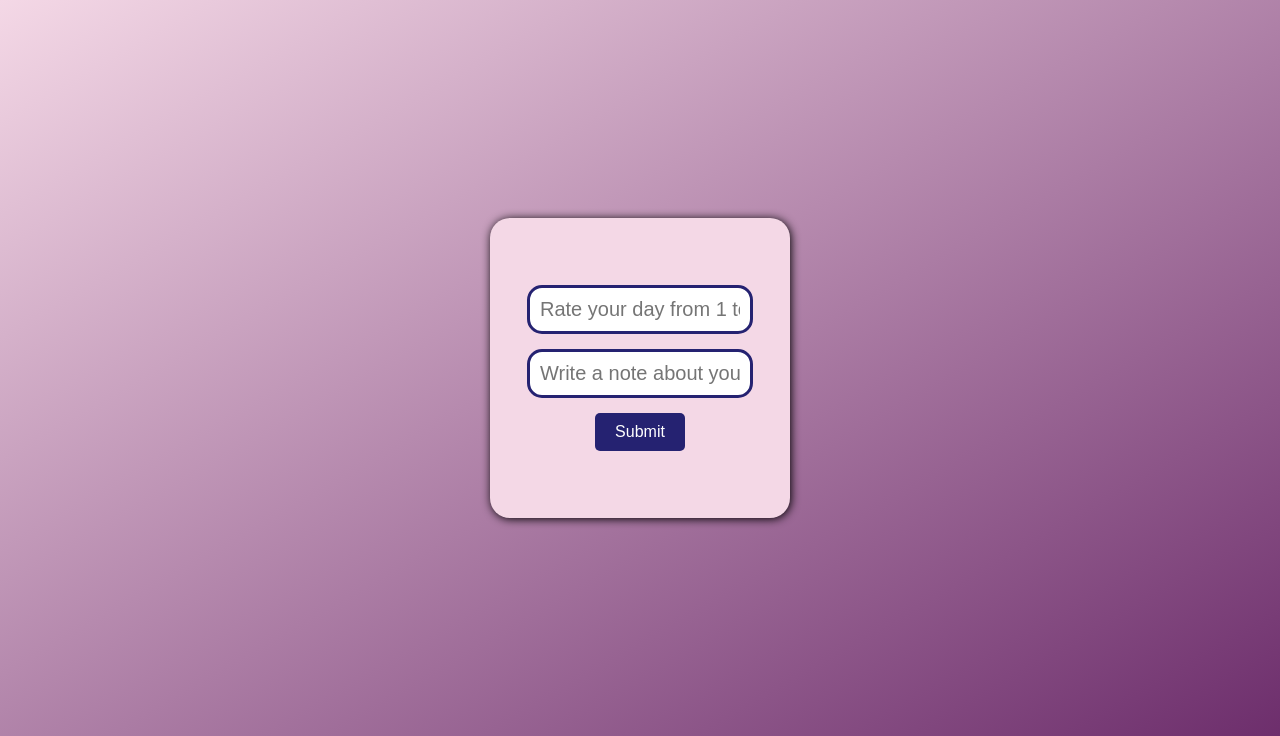
Repository: elenav24/RateMyDay
Page: frontend/index.html
These files come from the project's save history. The page is drawn as it stood at one moment and after the next save; the edit follows.
The browser window is 1280 px wide. The pictures show the whole page.

Above is the page before, as saved 2025-05-15 01:38:30.

After the next save:
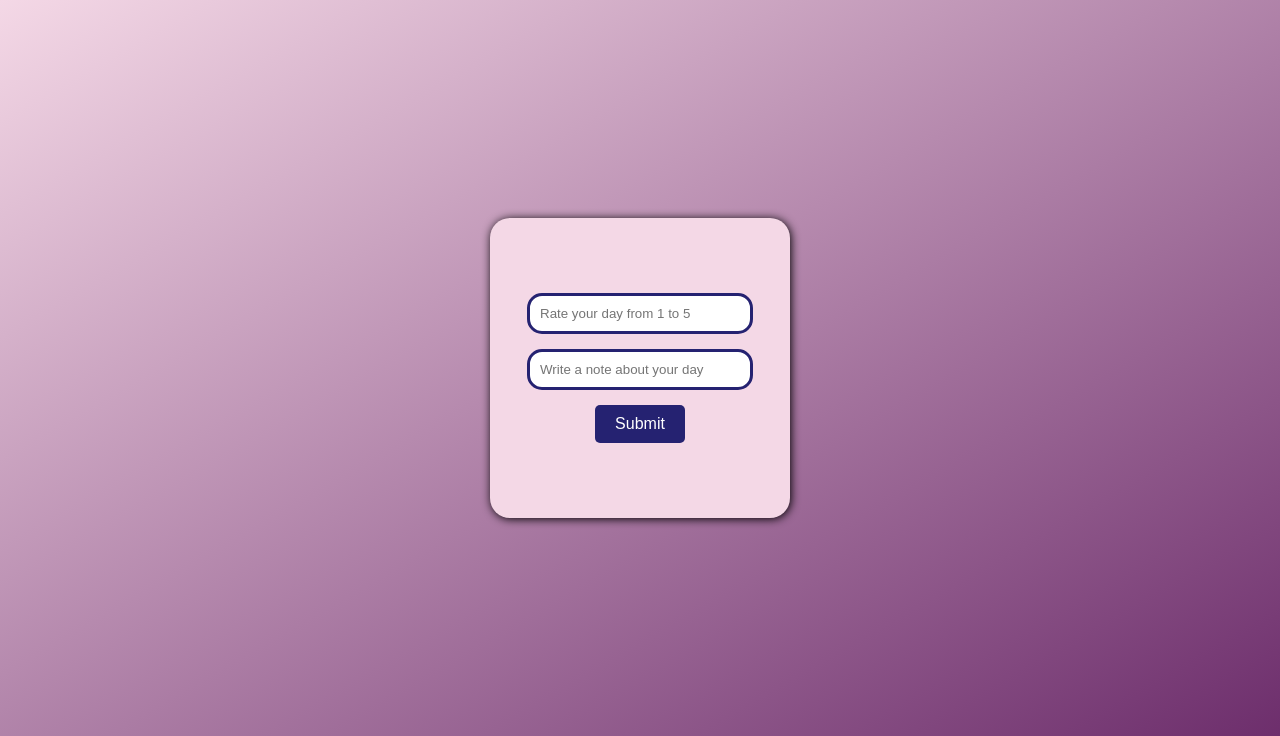
Saved 7 s later.
--- a/frontend/style.css
+++ b/frontend/style.css
@@ -25,7 +25,6 @@ body {
     padding: 10px;
     padding-left: 10px;
     margin-bottom: 15px;
-    font-size: 20px;
 }
 
 #submit {
